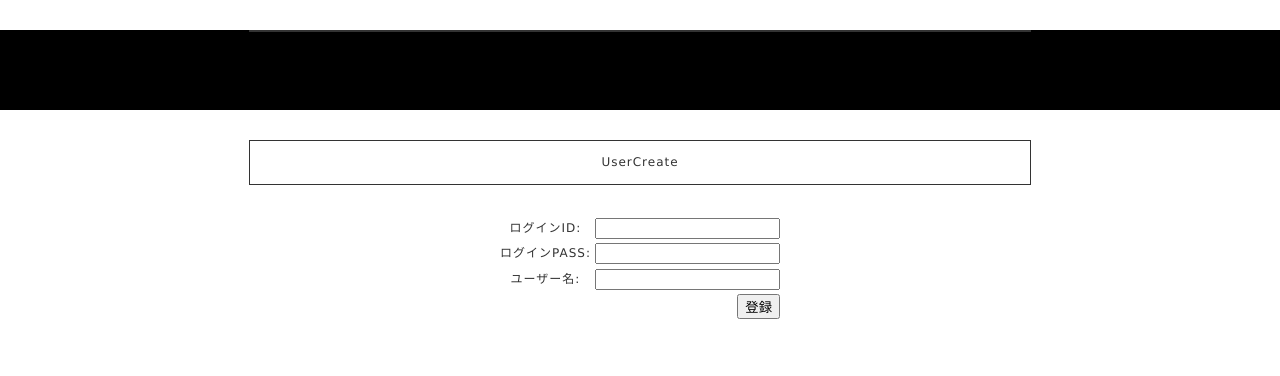
Repository: Numanaka/test
Page: http://localhost/ecsite/userCreate.jsp
These files come from the project's save history. The page is drawn as it stood at one moment and after the next save; the edit follows.
The browser window is 1280 px wide. The pictures show the whole page.
The page is served by Tomcat 9.

Above is the page before, as saved 2019-07-10 07:49:54.

After the next save:
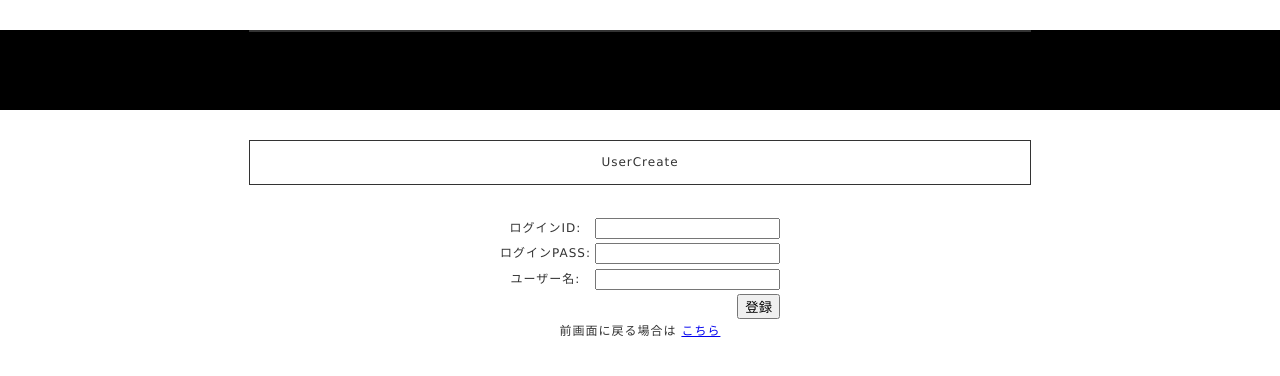
Saved 115 s later.
--- a/ecsite/WebContent/userCreate.jsp
+++ b/ecsite/WebContent/userCreate.jsp
@@ -66,7 +66,7 @@
 	</div>
 </div>
 
-<div id="main"/>
+<div id="main">
 	<div id="top">
 		<p>UserCreate</p>
 	</div>
@@ -100,9 +100,13 @@
 		</tr>
 		<s:submit value="登録"/>
 	</s:form>
+	</table>
+	<div>
+		<span>前画面に戻る場合は</span>
+		<a href='<s:url action="HomeAction"/>'>こちら</a>
+	</div>
+	</div>
 
-		</table>
-	</div>
 
 
 </body>
